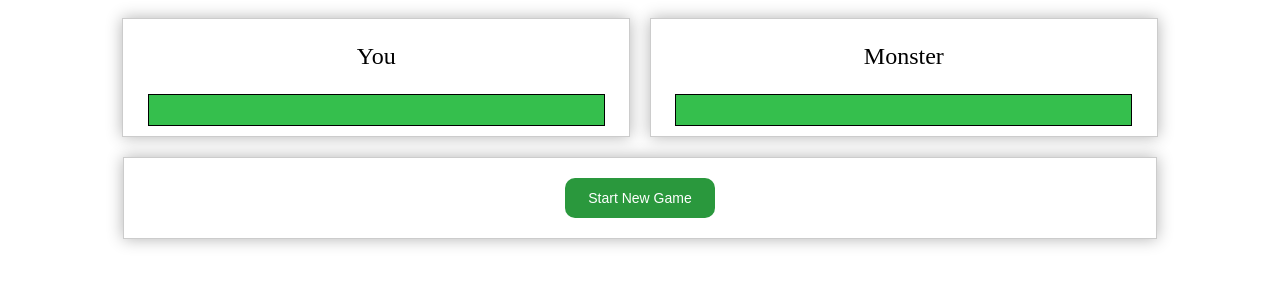
Repository: jakublack/game-fight-vue
Page: /
An editor plug-in stored every save of this project. The page is shown before and after the next save, followed by the edit.
The browser window is 1280 px wide. The pictures show the whole page.
The project was rebuilt for these pictures with package versions that can differ from the ones it lists, and the page was loaded fresh each time.

Above is the page before, as saved 2018-08-08 20:55:14.

After the next save:
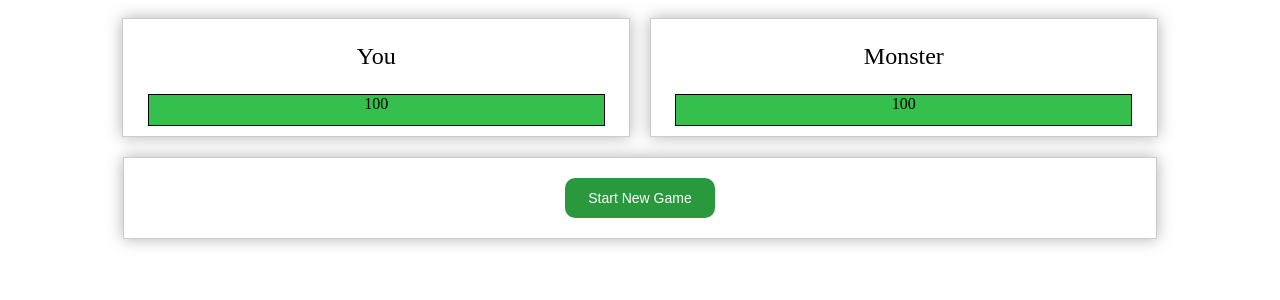
Saved 70 s later.
--- a/src/components/Game.vue
+++ b/src/components/Game.vue
@@ -22,10 +22,12 @@
 <script>
 export default {
   name: 'Game',
-  data: {
-    healthYou : 100,
-    healthMonster : 100,
-    startGame : false,
+  data:  function() {
+    return {
+      healthYou : 100,
+      healthMonster : 100,
+      startGame : false,
+    }
   }
 
 }
